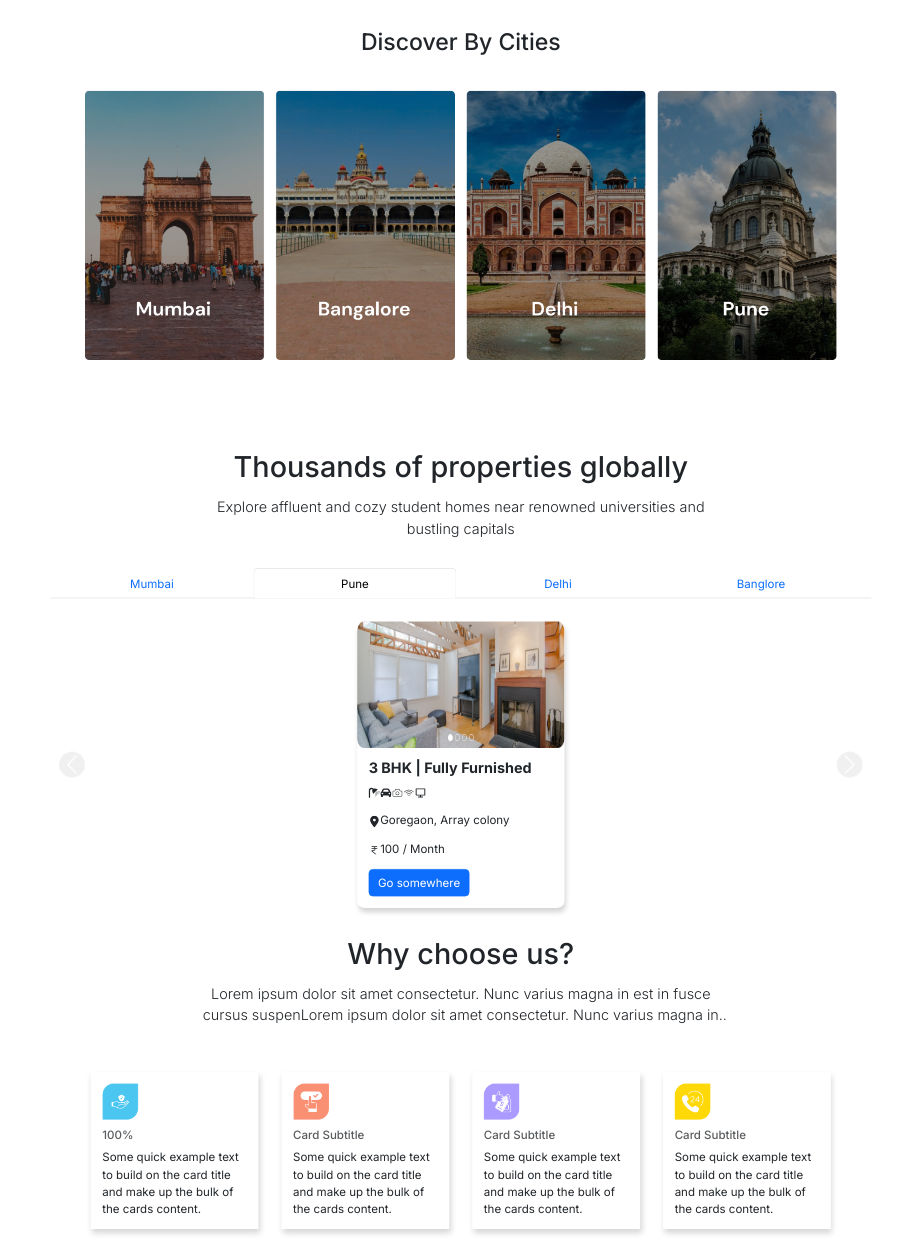
Repository: suyashagrahari/assignment
Page: /
The author's editor kept a copy of each file at every save. The page is drawn from the files as they stood at one save, then again after the next save.
The browser window is 1280 px wide. The pictures show the whole page, at 72% of full size.
The project was rebuilt for these pictures with package versions that can differ from the ones it lists, and the page was loaded fresh each time. The framework's server and built-in components were replaced by stand-ins that run in the browser. Also part of the build but not shown: next.config.mjs, src/app/page.module.css, src/components/Headline.jsx.

Above is the page before, as saved 2024-03-27 16:40:41.

### src/components/Grid.jsx
import React from "react";
import Image from "next/image";
import { Button, Col, Container, Row } from "react-bootstrap";
import first from "../../public/image/Mumbai.png";
import second from "../../public/image/Banglore.png";
import third from "../../public/image/Delhi.png";
import forth from "../../public/image/Pune.png";
const Grid = () => {
  return (
    <div className="container-fluid">
      <div className="row row-cols-1 row-cols-sm-2 row-cols-md-3 row-cols-lg-4 g-3 p-4">
        <div className="col grid-item">
          <Image
            src={first}
            alt="Image 1"
            layout="responsive"
            objectFit="cover"
            className="img-fluid rounded"
          />
        </div>
        <div className="col grid-item">
          <Image
            src={second}
            alt="Image 2"
            layout="responsive"
            objectFit="cover"
            className="img-fluid rounded"
          />
        </div>
        <div className="col grid-item">
          <Image
            src={third}
            alt="Image 3"
            layout="responsive"
            objectFit="cover"
            className="img-fluid rounded"
          />
        </div>
        <div className="col grid-item">
          <Image
            src={forth}
            alt="Image 4"
            layout="responsive"
            objectFit="cover"
            className="img-fluid rounded"
          />
        </div>
      </div>
    </div>
  );
};

export default Grid;

### src/components/Tabbing.jsx
"use client";
import Tab from "react-bootstrap/Tab";
import Tabs from "react-bootstrap/Tabs";
import Img from "../../public/image/Img-1.png";
import Image from "next/image";
import MyCarousel from "./Carousal";
function Tabbing() {
  return (
    <>
      <Tabs
        defaultActiveKey="profile"
        id="justify-tab-example"
        className="mb-3"
        justify
      >
        <Tab eventKey="home" title="Mumbai">
          <MyCarousel />
        </Tab>
        <Tab eventKey="profile" title="Pune">
          <MyCarousel />
        </Tab>
        <Tab eventKey="longer-tab" title="Delhi">
          <MyCarousel />
        </Tab>
        <Tab eventKey="contact" title="Banglore">
          <MyCarousel />
        </Tab>
      </Tabs>
    </>
  );
}

export default Tabbing;

### src/components/Footer.jsx
import Card from "react-bootstrap/Card";
import Icon_1 from "../../public/image/icon-1.png";
import Icon_2 from "../../public/image/icon-2.png";
import Icon_3 from "../../public/image/icon-3.png";
import Icon_4 from "../../public/image/icon-4.png";
import Image from "next/image";

function Footer() {
  return (
    <div className="container-fluid">
      <div className="row row-cols-1 row-cols-md-2 row-cols-lg-4 g-3 p-4">
        <div className="col">
          <Card>
            <Card.Body>
              <div className="d-flex justify-content-center mb-3 image">
                <Image src={Icon_1} alt="icon" />
              </div>
              <Card.Subtitle className="mb-2 text-muted ">100%</Card.Subtitle>
              <Card.Text className="">
                Some quick example text to build on the card title and make up
                the bulk of the cards content.
              </Card.Text>
            </Card.Body>
          </Card>
        </div>
        <div className="col">
          <Card>
            <Card.Body>
              <div className="d-flex justify-content-center mb-3 image">
                <Image src={Icon_2} alt="icon" />
              </div>
              <Card.Subtitle className="mb-2 text-muted ">
                Card Subtitle
              </Card.Subtitle>
              <Card.Text className="">
                Some quick example text to build on the card title and make up
                the bulk of the cards content.
              </Card.Text>
            </Card.Body>
          </Card>
        </div>
        <div className="col">
          <Card>
            <Card.Body>
              <div className="d-flex justify-content-center mb-3 image">
                <Image src={Icon_3} alt="icon" />
              </div>
              <Card.Subtitle className="mb-2 text-muted ">
                Card Subtitle
              </Card.Subtitle>
              <Card.Text className="">
                Some quick example text to build on the card title and make up
                the bulk of the cards content.
              </Card.Text>
            </Card.Body>
          </Card>
        </div>
        <div className="col">
          <Card>
            <Card.Body>
              <div className="d-flex justify-content-center mb-3 image">
                <Image src={Icon_4} alt="icon" />
              </div>
              <Card.Subtitle className="mb-2 text-muted ">
                Card Subtitle
              </Card.Subtitle>
              <Card.Text className="">
                Some quick example text to build on the card title and make up
                the bulk of the cards content.
              </Card.Text>
            </Card.Body>
          </Card>
        </div>
      </div>
    </div>
  );
}

export default Footer;

### src/components/Carousal.jsx
import React from "react";
import Carousel from "react-bootstrap/Carousel";
import Button from "react-bootstrap/Button";
import Card from "react-bootstrap/Card";
import Img from "../../public/image/Img-1.png";
import Image from "next/image";
import { FaShower } from "react-icons/fa";
import { FaCarAlt } from "react-icons/fa";
import { CiCamera } from "react-icons/ci";
import { CiWifiOn } from "react-icons/ci";
import { RiComputerLine } from "react-icons/ri";
import { FaLocationDot } from "react-icons/fa6";
import { LiaRupeeSignSolid } from "react-icons/lia";

const recipes = [
  {
    size: "2 BHK",
    name: "Fully Furnished",
    img: Img,
    price: 100,
    content: "Hello",
    location: "Goregaon, Array colony",
  },
  {
    size: "3 BHK",
    name: "Fully Furnished",
    img: Img,
    price: 100,
    content: "Hello",
    location: "Goregaon, Array colony",
  },
  {
    size: "4 BHK",
    name: "Fully Furnished",
    img: Img,
    price: 100,
    content: "Hello",
    location: "Goregaon, Array colony",
  },
  {
    size: "3 BHK",
    name: "Fully Furnished",
    img: Img,
    price: 100,
    content: "Hello",
    location: "Goregaon, Array colony",
  },
];

const MyCarousel = () => {
  const reduceRecipes = (acc, cur, index) => {
    const groupIndex = Math.floor(index / 3);
    if (!acc[groupIndex]) acc[groupIndex] = [];
    acc[groupIndex].push(cur);
    console.log(acc);
    return acc;
  };

  return (
    <Carousel>
      {recipes.reduce(reduceRecipes, []).map((item, index) => (
        <Carousel.Item key={index}>
          <div className="d-flex justify-content-center">
            {item.map((item, index) => {
              return (
                <Card
                  key={index}
                  style={{ width: "18rem", borderRadius: "10px" }}
                >
                  <Image src={item.img} alt="" className="card-img-top" />
                  <Card.Body className="text-left g-3">
                    <Card.Title className="fw-bold">
                      {item.size} | {item.name}
                    </Card.Title>
                    <Card.Text className="g-2">
                      {" "}
                      <FaShower />
                      <FaCarAlt />
                      <CiCamera />
                      <CiWifiOn />
                      <RiComputerLine />
                    </Card.Text>

                    <Card.Text className="mt-3">
                      <FaLocationDot />
                      {item.location}
                    </Card.Text>
                    <Card.Text className="mb-3">
                      <LiaRupeeSignSolid />
                      {item.price} / Month
                    </Card.Text>
                    <Button variant="primary">Go somewhere</Button>
                  </Card.Body>
                </Card>
              );
            })}
          </div>
        </Carousel.Item>
      ))}
    </Carousel>
  );
};

export default MyCarousel;

Loaded but not shown: src/app/layout.js (common file); src/app/page.js (common file); src/app/globals.css (common file)

After the next save:
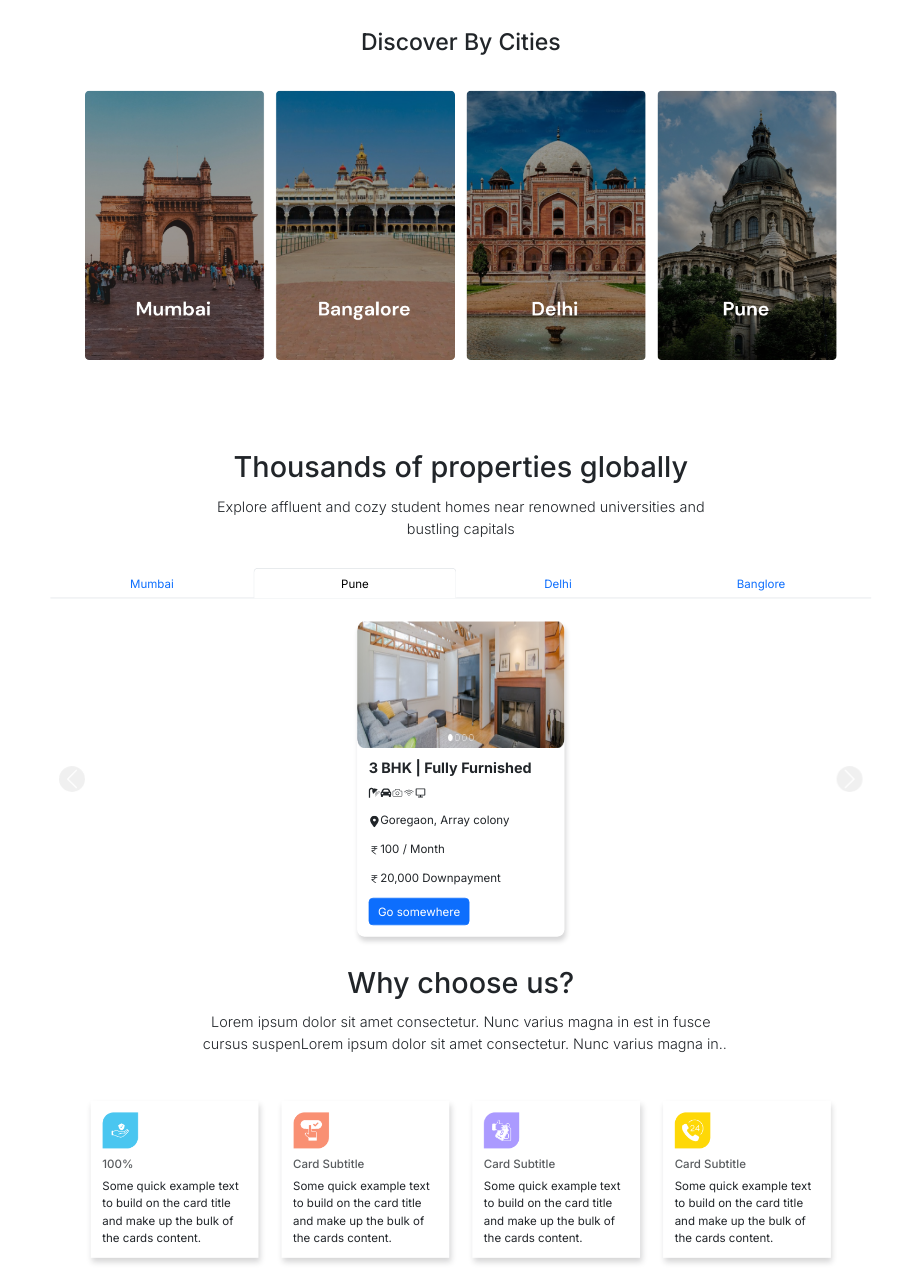
Saved 40 s later.
--- a/src/components/Carousal.jsx
+++ b/src/components/Carousal.jsx
@@ -89,6 +89,10 @@ const MyCarousel = () => {
                       <LiaRupeeSignSolid />
                       {item.price} / Month
                     </Card.Text>
+                    <Card.Text className="mb-3">
+                      <LiaRupeeSignSolid />
+                      20,000 Downpayment
+                    </Card.Text>
                     <Button variant="primary">Go somewhere</Button>
                   </Card.Body>
                 </Card>
